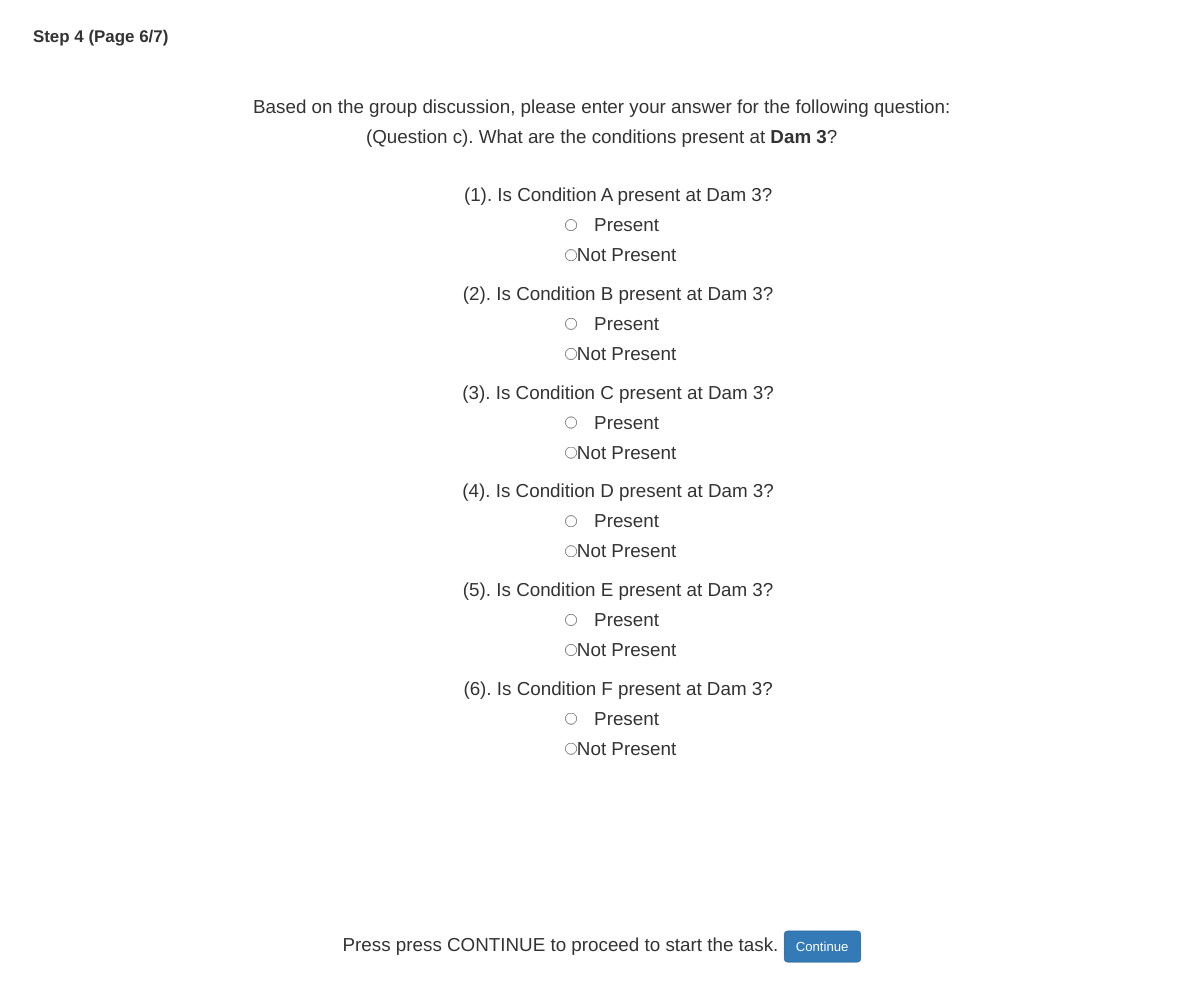
Repository: zmikaya/behavecon
Page: templates/group/Category3Dams_p24.html
The author's editor kept a record of every edit. The page is drawn from the files as they stood at one moment, then again after the next edit.
The browser window is 1280 px wide. The pictures show the whole page, at 94% of full size.
The template is drawn by Django 2.2. The application's start-up code is not run. Other server files are loaded and not shown. The template is opened directly, without the code that normally fills it, so the values that code supplies are empty.

Above is the page before.
Console error: TypeError: Cannot read properties of null (reading 'getAttribute')

### templates/group/Category3Dams_p24.html
{% extends 'sidebar-base.html' %}
{% load staticfiles %}

{% block body_block %}
    <!-- Page Content -->
    <div id="page-content-wrapper">
        <div class="container-fluid">
            <div class="progess-northwest">
                <h4><b>Step 4 (Page 6/7)</b></h4>
            </div>
            <div class="row">
                <div class="col-lg-1"></div>
                <div class="col-lg-10 center">
                    <p class="no-margin">Based on the group discussion, please
                    enter your answer for the following question:
                    <br>
                    (Question c). What are the conditions present at <b>Dam 3</b>?</p>
                    <div class="center">
                        <ul class="list-no-style">
                            <li class="list-inline">(1). Is Condition A present at Dam 3?</li>
                            <table class="table-inline">
                                <tr>
                                    <td><input type="radio" name="1" value="present"></td>
                                    <td>Present</td>
                                </tr>
                                <tr>
                                    <td><input type="radio" name="1" value="not present"></td>
                                    <td>Not Present</td>
                                </tr>
                            </table>
                            <li class="list-inline">(2). Is Condition B present at Dam 3?</li>
                            <table class="table-inline">
                                <tr>
                                    <td><input type="radio" name="2" value="present"></td>
                                    <td>Present</td>
                                </tr>
                                <tr>
                                    <td><input type="radio" name="2" value="not present"></td>
                                    <td>Not Present</td>
                                </tr>
                            </table>
                            <li class="list-inline">(3). Is Condition C present at Dam 3?</li>
                            <table class="table-inline">
                                <tr>
                                    <td><input type="radio" name="3" value="present"></td>
                                    <td>Present</td>
                                </tr>
                                <tr>
                                    <td><input type="radio" name="3" value="not present"></td>
                                    <td>Not Present</td>
                                </tr>
                            </table>
                            <li class="list-inline">(4). Is Condition D present at Dam 3?</li>
                            <table class="table-inline">
                                <tr>
                                    <td><input type="radio" name="4" value="present"></td>
                                    <td>Present</td>
                                </tr>
                                <tr>
                                    <td><input type="radio" name="4" value="not present"></td>
                                    <td>Not Present</td>
                                </tr>
                            </table>
                            <li class="list-inline">(5). Is Condition E present at Dam 3?</li>
                            <table class="table-inline">
                                <tr>
                                    <td><input type="radio" name="5" value="present"></td>
                                    <td>Present</td>
                                </tr>
                                <tr>
                                    <td><input type="radio" name="5" value="not present"></td>
                                    <td>Not Present</td>
                                </tr>
                            </table>
                            <li class="list-inline">(6). Is Condition F present at Dam 3?</li>
                            <table class="table-inline">
                                <tr>
                                    <td><input type="radio" name="6" value="present"></td>
                                    <td>Present</td>
                                </tr>
                                <tr>
                                    <td><input type="radio" name="6" value="not present"></td>
                                    <td>Not Present</td>
                                </tr>
                            </table>
                        </ul>
                    </div>
                </div>
            </div>
            <div class="row">
                <div class="col-lg-12 center">
                    <div>
                        <p class="inline continue">Press press CONTINUE to proceed to start the task.</p>
                        <!--<button type="button" class="btn btn-primary next" onclick="ajaxGetPage('p25')">Continue</button>-->
                        <a id="continue" class="btn btn-primary next"  data-toggle="modal" data-target="#myModal">Continue</a>
                    </div>
                </div>
            </div>
            <!-- Modal -->
                  <div class="modal fade" id="myModal" role="dialog">
                    <div class="modal-dialog modal-sm">
                      <div class="modal-content">
                        <div class="modal-header">
                          <button type="button" class="close" data-dismiss="modal">&times;</button>
                          <h4 class="modal-title">Incomplete Response</h4>
                        </div>
                        <div class="modal-body">
                          <p id="incorrect">You must answer all of the questions.</p>
                        </div>
                        <div class="modal-footer">
                          <button type="button" class="btn btn-default" data-dismiss="modal">Close</button>
                        </div>
                      </div>
                    </div>
                  </div>
                    <!--<a href="#menu-toggle" class="btn btn-default" id="menu-toggle">Toggle Menu</a>-->
        </div>
    </div>
    <!-- /#page-content-wrapper -->
    <script type="text/javascript">
        var responses = {};
        $("input").on( "click",
            function() {
                $("input:checked").each(
                    function(){
                        var index = $(this).attr("name")
                        responses[index] = this.value;
                    }
                )
                checkContinue();
            }
        );

        function checkContinue() {
            if (Object.keys(responses).length == $("input").length/2){
                // $("#continue").attr("onclick", "ajaxGetPage('p13', responses)")
                $("#continue").attr("onclick", "ajaxSendData('p25', responses)")
                $("#continue").attr("href", "/Category3Dams/p25")
                $("#continue").removeAttr("data-toggle")
                $("#continue").removeAttr("data-target")

            }
            else {
                $("#incorrect").text("You must answer all of the questions.")
                // $("#continue").removeAttr("onclick")
                $("#continue").removeAttr("onclick")
                $("#continue").removeAttr("href")
                $("#continue").attr("data-toggle", "modal")
                $("#continue").attr("data-target", "#myModal")
            }
        }
    </script>
{% endblock %}

### templates/sidebar-base.html
<!DOCTYPE html>
{% load staticfiles %}
<html lang="en">

<head>

    <meta charset="utf-8">
    <meta http-equiv="X-UA-Compatible" content="IE=edge">
    <meta name="viewport" content="width=device-width, initial-scale=1">
    <meta name="description" content="">
    <meta name="author" content="">

    <title>BehaveCon</title>

    <!-- Bootstrap Core CSS -->
    <link href="{% static "css/bootstrap.min.css" %}" rel="stylesheet">

    <!-- Custom CSS -->
    <link href="{% static "css/simple-sidebar.css" %}" rel="stylesheet">

    <link href="{% static "css/style.css" %}" rel="stylesheet">

    <script src="{% static "js/jquery.js" %}"></script>

    <script src="{% static "js/embed.js" %}" type="text/javascript"></script>

    <!-- HTML5 Shim and Respond.js IE8 support of HTML5 elements and media queries -->
    <!-- WARNING: Respond.js doesn't work if you view the page via file:// -->
    <!--[if lt IE 9]>
        <script src="https://oss.maxcdn.com/libs/html5shiv/3.7.0/html5shiv.js"></script>
        <script src="https://oss.maxcdn.com/libs/respond.js/1.4.2/respond.min.js"></script>
    <![endif]-->
    {% if chat %}
        <link rel="stylesheet" type="text/css" href="/static/djangoChat/css/normalize.css" />
        <link href="/static/djangoChat/css/main.css" rel="stylesheet" type="text/css"/>
        <script type="text/javascript">

          jsonData = {{data}};
        </script>
    {% endif %}

</head>

<body>

    <!--<div id="wrapper">-->

        <!-- Sidebar -->
    <!--    <div id="sidebar-wrapper">-->
    <!--        <ul class="sidebar-nav">-->
    <!--            <li class="sidebar-brand">-->
    <!--                <a href="#">-->
    <!--                    Start Bootstrap-->
    <!--                </a>-->
    <!--            </li>-->
    <!--            <li>-->
    <!--                <a href="#">Dashboard</a>-->
    <!--            </li>-->
    <!--            <li>-->
    <!--                <a href="#">Shortcuts</a>-->
    <!--            </li>-->
    <!--            <li>-->
    <!--                <a href="#">Overview</a>-->
    <!--            </li>-->
    <!--            <li>-->
    <!--                <a href="#">Events</a>-->
    <!--            </li>-->
    <!--            <li>-->
    <!--                <a href="#">About</a>-->
    <!--            </li>-->
    <!--            <li>-->
    <!--                <a href="#">Services</a>-->
    <!--            </li>-->
    <!--            <li>-->
    <!--                <a href="#">Contact</a>-->
    <!--            </li>-->
    <!--        </ul>-->
    <!--    </div>-->
        <!-- /#sidebar-wrapper -->

        <!-- Page Content -->
        {% block body_block %}{% endblock %}
    <!-- /#wrapper -->

    <!-- jQuery -->
    <script src="{% static "js/jquery.js" %}"></script>

    <!-- Bootstrap Core JavaScript -->
    <script src="{% static "js/bootstrap.min.js" %}"></script>

    <script src="{% static "js/script.js" %}"></script>

    <!-- Menu Toggle Script -->
    <script>
    $("#menu-toggle").click(function(e) {
        e.preventDefault();
        $("#wrapper").toggleClass("toggled");
    });
    </script>

</body>

</html>

### static/css/simple-sidebar.css
/*!
 * Start Bootstrap - Simple Sidebar HTML Template (http://startbootstrap.com)
 * Code licensed under the Apache License v2.0.
 * For details, see http://www.apache.org/licenses/LICENSE-2.0.
 */

/* Toggle Styles */

#wrapper {
    padding-left: 0;
    -webkit-transition: all 0.5s ease;
    -moz-transition: all 0.5s ease;
    -o-transition: all 0.5s ease;
    transition: all 0.5s ease;
}

#wrapper.toggled {
    padding-left: 250px;
}

#sidebar-wrapper {
    z-index: 1000;
    position: fixed;
    left: 250px;
    width: 0;
    height: 100%;
    margin-left: -250px;
    overflow-y: auto;
    background: #000;
    -webkit-transition: all 0.5s ease;
    -moz-transition: all 0.5s ease;
    -o-transition: all 0.5s ease;
    transition: all 0.5s ease;
}

#wrapper.toggled #sidebar-wrapper {
    width: 250px;
}

#page-content-wrapper {
    width: 100%;
    position: absolute;
    padding: 15px;
}

#wrapper.toggled #page-content-wrapper {
    position: absolute;
    margin-right: -250px;
}

/* Sidebar Styles */

.sidebar-nav {
    position: absolute;
    top: 0;
    width: 250px;
    margin: 0;
    padding: 0;
    list-style: none;
}

.sidebar-nav li {
    text-indent: 20px;
    line-height: 40px;
}

.sidebar-nav li a {
    display: block;
    text-decoration: none;
    color: #999999;
}

.sidebar-nav li a:hover {
    text-decoration: none;
    color: #fff;
    background: rgba(255,255,255,0.2);
}

.sidebar-nav li a:active,
.sidebar-nav li a:focus {
    text-decoration: none;
}

.sidebar-nav > .sidebar-brand {
    height: 65px;
    font-size: 18px;
    line-height: 60px;
}

.sidebar-nav > .sidebar-brand a {
    color: #999999;
}

.sidebar-nav > .sidebar-brand a:hover {
    color: #fff;
    background: none;
}

@media(min-width:768px) {
    #wrapper {
        padding-left: 250px;
    }

    #wrapper.toggled {
        padding-left: 0;
    }

    #sidebar-wrapper {
        width: 250px;
    }

    #wrapper.toggled #sidebar-wrapper {
        width: 0;
    }

    #page-content-wrapper {
        padding: 20px;
        position: relative;
    }

    #wrapper.toggled #page-content-wrapper {
        position: relative;
        margin-right: 0;
    }
}

### static/css/style.css
.center {
    text-align: center;
    font-size: 20px;
    margin-top: 3%;
    line-height: 160%;
}

.left-align {
    font-size: 20px;
    margin-top: 3%;
    line-height: 160%;
}

.left-align-width {
    font-size: 20px;
    margin-top: 3%;
    line-height: 160%;
    width: 80% !important;
}

.left-align-no-margin {
    font-size: 20px;
    margin-top: 0;
    line-height: 160%;
}

.inline {
    display: inline-block;
}

.continue {
    margin-top: 10%;
}

.text {
    font-size: 20px;
    line-height: 160%;
}

.left {
    margin-top: 3%;
    width: 50%;
    float: left;
}

.right {
    margin-top: 3%;
    width: 50%;
    float: right;
}

.damTable {
    max-height: 100%;
    max-width: 100%;
    margin-top: 15%;
}

.damContinue {
    float: right;
    font-size: 20px;
    padding-right: 5%;
}

.bullet-points li {
    margin-bottom: 2%;
}

.practice-ml-row{
    height: 150px;
    border-bottom: thick solid #A69F9F;
}

.col-md-6 p{
    margin: 0;
    transform: translateY(50%);
}

.table-center {
    transform: translateY(50%);
}

.table-3-center {
    transform: translateY(20%);
}

.list-no-style {
    list-style-type: none;
}

.list-inline {
    vertical-align: top;
}

.table-inline {
    display: inline-block;
}
.border{
    height: 100%;
    border-left: thick solid #A69F9F;
}

.no-margin {
    margin: 0;
}

.chat {
    margin-top: 4%;
}

.enterinfo {
    width: 15%;
}

.error-msg {
    color: red;
}

.npresent {
    padding-left: 35px;
}



#leftAnswers {
    margin-top: 5%;
}

#black-border {
    border: solid black;
}

### static/js/embed.js
function tlkioOnload() {
    var target_element  = document.getElementById('tlkio'),
        channel_name    = target_element.getAttribute('data-channel'),
        custom_css_path = target_element.getAttribute('data-theme'),
        nickname        = target_element.getAttribute('data-nickname'),
        iframe          = document.createElement('iframe');

    // var iframe_src = 'http://embed.lvh.me:3000/' + channel_name,
    var iframe_src = '//embed.tlk.io/' + channel_name,
        iframe_query = [];


    if (custom_css_path && custom_css_path.length > 0) {
      iframe_query.push('custom_css_path=' + custom_css_path);
    }

    if (nickname && nickname.length > 0) {
      iframe_query.push('nickname=' + nickname);
    }

    if (iframe_query.length > 0) {
      iframe_src += '?' + iframe_query.join('&')
    }

    iframe.setAttribute('src', iframe_src);
    iframe.setAttribute('width', '100%');
    iframe.setAttribute('height', '100%');
    iframe.setAttribute('frameborder', '0');
    iframe.setAttribute('style', 'margin-bottom: -8px;');

    var current_style = target_element.getAttribute('style');
    target_element.setAttribute('style', 'overflow: auto; -webkit-overflow-scrolling: touch;' + current_style);

    target_element.appendChild(iframe);
};

### static/js/script.js
var url = "/Category3Dams/"

function getCookie(name) {
    var cookieValue = null;
    if (document.cookie && document.cookie != '') {
        var cookies = document.cookie.split(';');
        for (var i = 0; i < cookies.length; i++) {
            var cookie = jQuery.trim(cookies[i]);
            // Does this cookie string begin with the name we want?
            if (cookie.substring(0, name.length + 1) == (name + '=')) {
                cookieValue = decodeURIComponent(cookie.substring(name.length + 1));
                break;
            }
        }
    }
    return cookieValue;
}


// $('.next').click(function(){
//     var csrftoken = getCookie('csrftoken');
//     var id = $("#enterid").val();
//     var page = $(this).attr('id')+'/';
//     $.ajax({
//       type: "POST",
//       url: url + page,
//       data: {
//           'id': id,
//           'csrfmiddlewaretoken': csrftoken
//         },
//         success: nextPage,
//         dataType: 'html'
//     });
// });

function dictToList(dict) {
    var keys = Object.keys(dict).sort()
    var data = [];
    for (var i=0; i<keys.length; i++) {
        data.push(dict[keys[i]]);
    }
    return data
}

function ajaxGetPage(page, data){
    var csrftoken = getCookie('csrftoken');
    console.log(url+page)
    var id = $("#enterid").val();
    // var page = $(this).attr('id')+'/';
    if (data) {
        var out = JSON.stringify(dictToList(data));
        console.log(out)
        $.ajax({
          type: "POST",
          url: url + page,
          data: {
              'data': out,
              'csrfmiddlewaretoken': csrftoken
            },
            success: nextPage,
            dataType: 'html'
        });
    }
    else {
        $.ajax({
          type: "POST",
          url: url + page,
          data: {
              'id': id,
              'csrfmiddlewaretoken': csrftoken
            },
            success: nextPage,
            dataType: 'html'
        });
    }
};

function ajaxSendData(page, data){
    var csrftoken = getCookie('csrftoken');
    console.log(url+page)
    var id = $("#enterid").val();
    // var page = $(this).attr('id')+'/';
    if (data) {
        var out = JSON.stringify(dictToList(data));
        console.log(out)
        $.ajax({
          type: "POST",
          url: url + page,
          data: {
              'data': out,
              'csrfmiddlewaretoken': csrftoken
            },
            success: emptyReturn,
            dataType: 'html'
        });
    }
}


function emptyReturn(data, textStatus, jqXHR){
    // var data = $.parseHTML(data);
    // console.log(data)
    // $("html").empty();
    // for(var i=0; i<data.length; i++){
    //     $("html").append(data[i])
    // }
    // if (tlkioOnload) {
    //     tlkioOnload();
    // }
}

// if (tlkioOnload) {
//     tlkioOnload();
// }


// handles the returned html/data from Django
// clears existing body, then replaces it with returned html
var test = null;
function nextPage(data, textStatus, jqXHR){
    test = data;
    var data = $.parseHTML(data);
    console.log(data)
    $("html").empty();
    for(var i=0; i<data.length; i++){
        $("html").append(data[i])
    }
    if (tlkioOnload) {
        tlkioOnload();
    }
}

if (tlkioOnload) {
    tlkioOnload();
}

Loaded but not shown: static/css/bootstrap.min.css (library); static/js/jquery.js (library); static/js/bootstrap.min.js (library)

After the next edit:
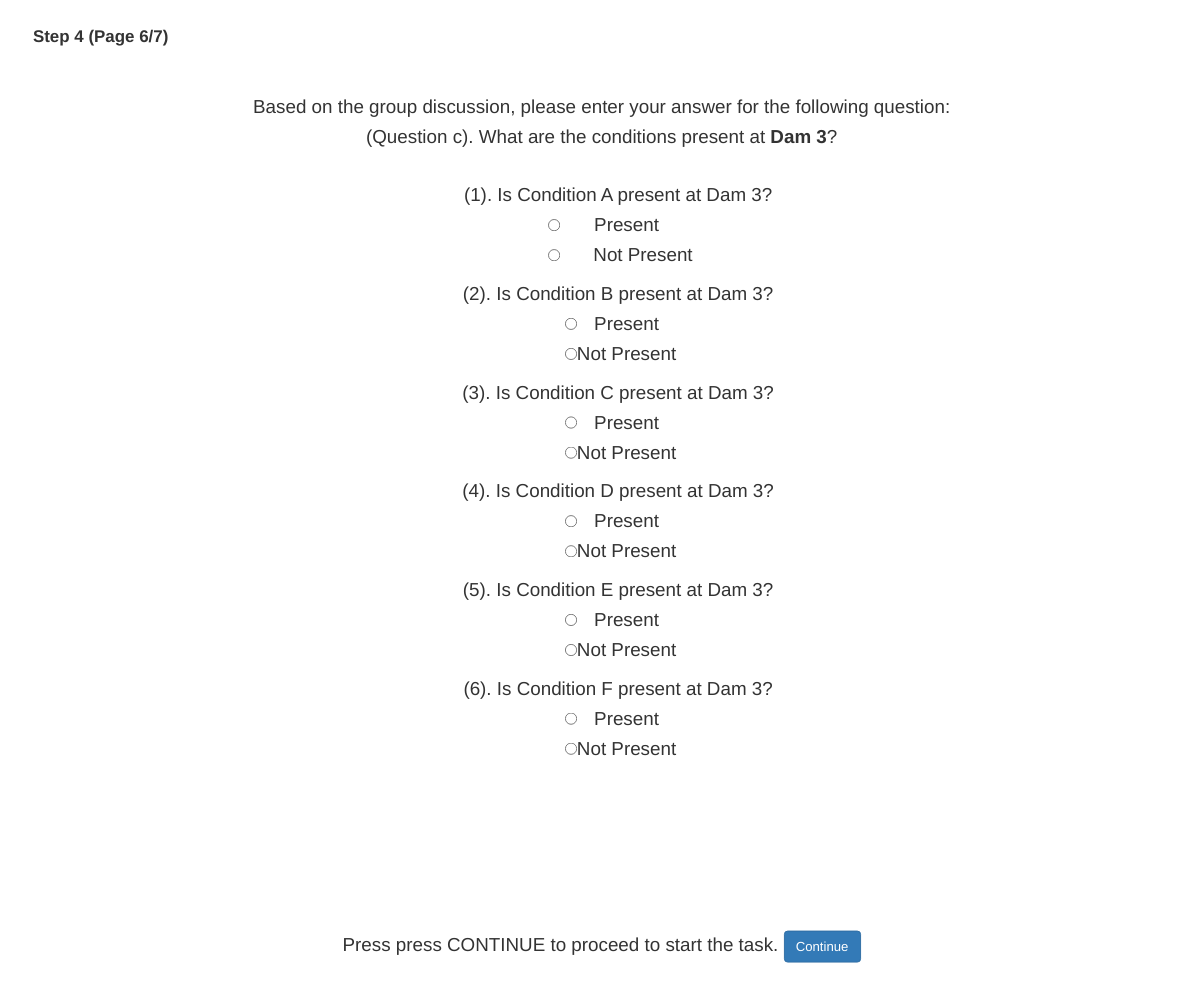
The edit:
--- a/templates/group/Category3Dams_p24.html
+++ b/templates/group/Category3Dams_p24.html
@@ -25,7 +25,7 @@
                                 </tr>
                                 <tr>
                                     <td><input type="radio" name="1" value="not present"></td>
-                                    <td>Not Present</td>
+                                    <td class="npresent">Not Present</td>
                                 </tr>
                             </table>
                             <li class="list-inline">(2). Is Condition B present at Dam 3?</li>
